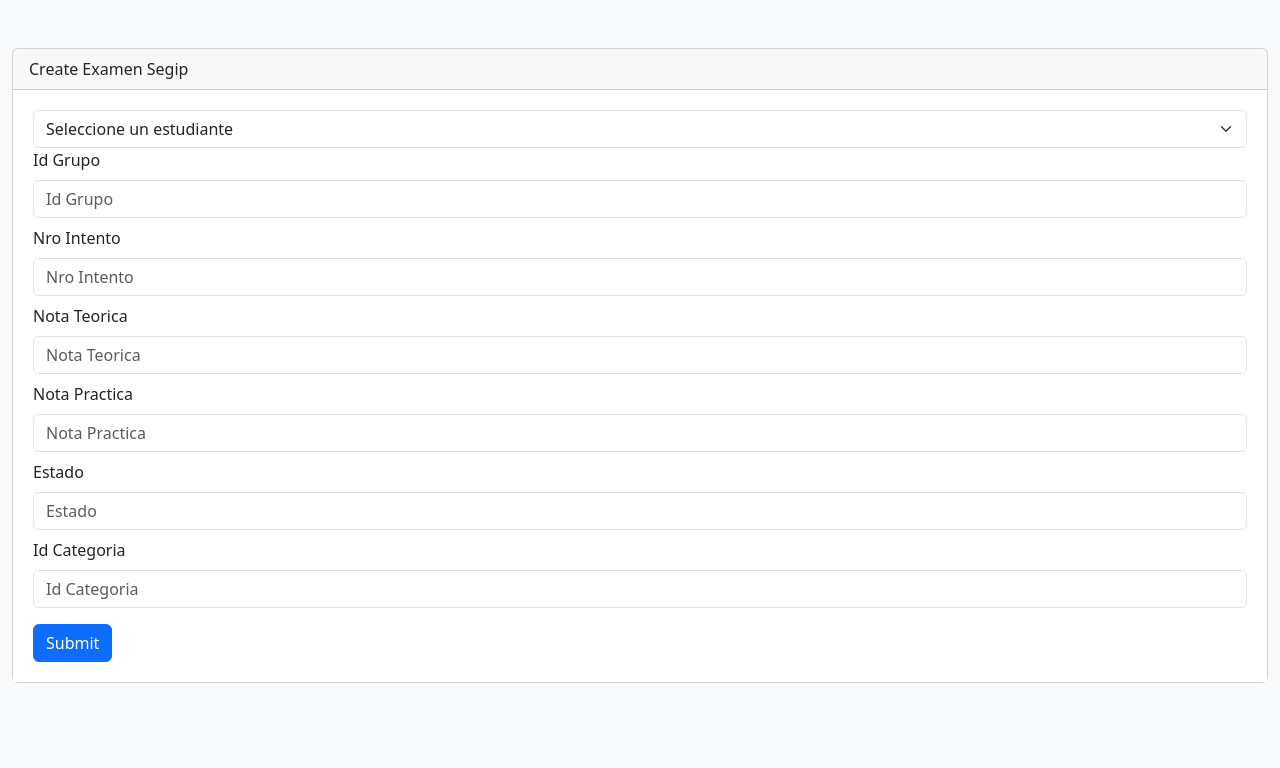
Repository: iAngie28/autoescuela-unido
Page: http://localhost/examen-segips/create
These files come from the project's save history. The page is drawn as it stood at one moment and after a run of saves; the edit follows.
The browser window is 1280 px wide. The pictures show the whole page.
The page is served by the project's Laravel application, run on PHP 8.4 with Laravel 12. Other server files are loaded and not shown. Queries for data that is not in the repository find no rows.

Above is the page before, as saved 2025-05-07 04:16:34.

### app/Listeners/LogSuccessfulLogout.php
<?php

namespace App\Listeners;

use App\Models\Bitacora;
use Illuminate\Auth\Events\Logout;
use Illuminate\Contracts\Queue\ShouldQueue;
use Illuminate\Queue\InteractsWithQueue;

class LogSuccessfulLogout
{
    public function handle(Logout $event)
    {

        $lastEntry = Bitacora::where('id_user', $event->user->id)
        ->whereNull('fecha_salida')
        ->latest()
        ->first();

        if ($lastEntry) {
        $lastEntry->update([
            'fecha_salida' => now(),
            'accion' => $lastEntry->actions . "\nCierre de sesión"
        ]);
    }
    }
}

### app/Listeners/LogSuccessfulLogin.php
<?php

namespace App\Listeners;

use App\Models\Bitacora;
use Illuminate\Auth\Events\Login;
use Illuminate\Support\Facades\Log;
use Illuminate\Contracts\Queue\ShouldQueue;
use Illuminate\Queue\InteractsWithQueue;

class LogSuccessfulLogin
{
    public function handle(Login $event)
    {
        Log::info('Listener de Login ejecutado');
        Bitacora::create([
            'id_user' => $event->user->id,
            'direccion_ip' => request()->ip(),
            'fecha_entrada' => now(),
            'accion' => 'inicio de sesion'
        ]);
    }
}

### routes/web.php
<?php

use Illuminate\Support\Facades\Route;
use App\Http\Controllers\AdministradorController;
use App\Http\Controllers\EstudianteController;
use App\Http\Controllers\ExamenCategoriaAspiraController;
use App\Http\Controllers\ExamenSegipController;
use App\Http\Controllers\GrupoExamanController;
use App\Http\Controllers\InstructorController;
use App\Http\Controllers\NotificacioneController;
use App\Http\Controllers\PagoController;
use App\Http\Controllers\PaqueteController;
use App\Http\Controllers\RolController;
use App\Http\Controllers\TipoVehiculoController;
use App\Http\Controllers\UserController;
use App\Http\Controllers\UsuarioController;
use App\Http\Controllers\VehiculoController;

Route::view('/', 'welcome');

Route::view('dashboard', 'dashboard')
    ->middleware(['auth', 'verified'])
    ->name('dashboard');

Route::view('profile', 'profile')
    ->middleware(['auth'])
    ->name('profile');

require __DIR__.'/auth.php';
//angie
Route::resource('rols', \App\Http\Controllers\RolController::class); // Sin middleware
Route::resource('notificaciones', NotificacioneController::class);
Route::resource('users', UserController::class);
Route::resource('administradors', AdministradorController::class);
Route::resource('estudiantes', EstudianteController::class);
Route::resource('instructors', InstructorController::class);
Route::resource('pagos', PagoController::class);
Route::resource('tipo-vehiculos', TipoVehiculoController::class);
Route::resource('vehiculos', VehiculoController::class);
Route::resource('examen-categoria-aspiras', ExamenCategoriaAspiraController::class);
Route::resource('paquetes', PaqueteController::class);
Route::resource('grupo-examen', GrupoExamanController::class);
Route::resource('examen-segips', ExamenSegipController::class);

### app/Http/Controllers/ExamenSegipController.php
<?php

namespace App\Http\Controllers;

use App\Models\ExamenSegip;
use Illuminate\Http\RedirectResponse;
use Illuminate\Http\Request;
use App\Http\Requests\ExamenSegipRequest;
use App\Models\ExamenCategoriaAspira;
use App\Models\GrupoExaman;
use Illuminate\Support\Facades\Redirect;
use App\Models\User;
use Illuminate\View\View;

class ExamenSegipController extends Controller
{
    /**
     * Display a listing of the resource.
     */
    public function index(Request $request): View
    {
        $examenSegips = ExamenSegip::paginate();
        return view('examen-segip.index', compact('examenSegips'))
            ->with('i', ($request->input('page', 1) - 1) * $examenSegips->perPage());
    }

    /**
     * Show the form for creating a new resource.
     */
    public function create(): View
    {
        $examenSegip = new ExamenSegip();
        $usuariosEstudiantes = User::where('id_rol', 2)->get();
        $grupos = GrupoExaman::all();
        $categorias = ExamenCategoriaAspira::all();
        return view('examen-segip.create', compact('examenSegip', 'usuariosEstudiantes', 'grupos', 'categorias'));
    }

    /**
     * Store a newly created resource in storage.
     */
    public function store(ExamenSegipRequest $request): RedirectResponse
    {
        ExamenSegip::create($request->validated());

        return Redirect::route('examen-segips.index')
            ->with('success', 'ExamenSegip created successfully.');
    }

    /**
     * Display the specified resource.
     */
    public function show($id): View
    {
        $examenSegip = ExamenSegip::find($id);

        return view('examen-segip.show', compact('examenSegip'));
    }

    /**
     * Show the form for editing the specified resource.
     */
    public function edit($id): View
    {
        $examenSegip = ExamenSegip::find($id);
        $usuariosEstudiantes = User::where('id_rol', 2)->get();
        $grupos = GrupoExaman::all();
        $categorias = ExamenCategoriaAspira::all();
        return view('examen-segip.edit', compact('examenSegip', 'usuariosEstudiantes', 'grupos', 'categorias'));
    }

    /**
     * Update the specified resource in storage.
     */
    public function update(ExamenSegipRequest $request, ExamenSegip $examenSegip): RedirectResponse
    {
        $examenSegip->update($request->validated());

        return Redirect::route('examen-segips.index')
            ->with('success', 'ExamenSegip updated successfully');
    }

    public function destroy($id): RedirectResponse
    {
        ExamenSegip::find($id)->delete();

        return Redirect::route('examen-segips.index')
            ->with('success', 'ExamenSegip deleted successfully');
    }
}

### app/Models/ExamenSegip.php
<?php

namespace App\Models;

use Illuminate\Database\Eloquent\Model;

/**
 * Class ExamenSegip
 *
 * @property $id_est
 * @property $id_grupo
 * @property $nro_intento
 * @property $nota_Teorica
 * @property $nota_Practica
 * @property $estado
 * @property $id_categoria
 * @property $created_at
 * @property $updated_at
 *
 * @property ExamenCategoriaAspira $examenCategoriaAspira
 * @property Estudiante $estudiante
 * @property GrupoExaman $grupoExaman
 * @package App
 * @mixin \Illuminate\Database\Eloquent\Builder
 */
class ExamenSegip extends Model
{

    protected $perPage = 20;

    /**
     * The attributes that are mass assignable.
     *
     * @var array<int, string>
     */
    protected $table = 'examen_segip';
    protected $fillable = ['id_est', 'id_grupo', 'nro_intento', 'nota_Teorica', 'nota_Practica', 'estado', 'id_categoria'];


    /**
     * @return \Illuminate\Database\Eloquent\Relations\BelongsTo
     */
    public function examenCategoriaAspira()
    {
        return $this->belongsTo(\App\Models\ExamenCategoriaAspira::class, 'id_categoria', 'id');
    }

    /**
     * @return \Illuminate\Database\Eloquent\Relations\BelongsTo
     */
    public function estudiante()
    {
        return $this->belongsTo(\App\Models\Estudiante::class, 'id_est', 'id');
    }

    /**
     * @return \Illuminate\Database\Eloquent\Relations\BelongsTo
     */
    public function grupoExaman()
    {
        return $this->belongsTo(\App\Models\GrupoExaman::class, 'id_grupo', 'id');
    }

}

### app/Models/User.php
<?php

namespace App\Models;

// use Illuminate\Contracts\Auth\MustVerifyEmail;
use Illuminate\Database\Eloquent\Factories\HasFactory;
use Illuminate\Foundation\Auth\User as Authenticatable;
use Illuminate\Notifications\Notifiable;

class User extends Authenticatable
{
    /** @use HasFactory<\Database\Factories\UserFactory> */
    use HasFactory, Notifiable;

    /**
     * The attributes that are mass assignable.
     *
     * @var list<string>
     */
    protected $fillable = [
        'name',
        'username',
        'email',
        'password',
        'sexo',
        'telefono',
        'direccion',
        'fecha_registro',
        'ci',
        'password',
        'tipo_usuario',
        'id_rol',
    ];

    /**
     * The attributes that should be hidden for serialization.
     *
     * @var list<string>
     */
    protected $hidden = [
        'password',
        'remember_token',
    ];

    /**
     * Get the attributes that should be cast.
     *
     * @return array<string, string>
     */
    protected function casts(): array
    {
        return [
            'email_verified_at' => 'datetime',
            'password' => 'hashed',
        ];
    }
    public function rol()
    {
        return $this->belongsTo(\App\Models\Rol::class, 'id_rol', 'id');
    }

    /**
     * @return \Illuminate\Database\Eloquent\Relations\HasOne
     */
    public function administrador()
    {
        return $this->hasOne(\App\Models\Administrador::class, 'id');
    }

    /**
     * @return \Illuminate\Database\Eloquent\Relations\HasOne
     */
    public function estudiante()
    {
        return $this->hasOne(\App\Models\Estudiante::class, 'id');
    }

    /**
     * @return \Illuminate\Database\Eloquent\Relations\HasOne
     */
    public function instructor()
    {
        return $this->hasOne(\App\Models\Instructor::class, 'id');
    }

    /**
     * @return \Illuminate\Database\Eloquent\Relations\HasMany
     */
    public function notiEnviadas()
    {
        return $this->hasMany(\App\Models\NotiEnviada::class, 'id', 'id_user');
    }

    /**
     * @return \Illuminate\Database\Eloquent\Relations\HasMany
     */
    public function pagosAdministrador()
    {
        return $this->hasMany(\App\Models\Pago::class, 'id', 'id');
    }

    /**
     * @return \Illuminate\Database\Eloquent\Relations\HasMany
     */
    public function pagosEstudiante()
    {
        return $this->hasMany(\App\Models\Pago::class, 'id', 'id_est');
    }
    protected static function booted()
    {
        // Crear perfil con valores por defecto al crear usuario
        static::created(function ($usuario) {
            if ($usuario->id_rol  == 1){
                $usuario->administrador()->create([
                    'id' => $usuario->id,
                    'turno' => 'mañana'
                ]);
            }
            if ($usuario->id_rol  == 2){
                $usuario->estudiante()->create([
                    'id' => $usuario->id,
                    'fecha_nacimiento' => now()
                ]);
            }
            if ($usuario->id_rol  == 3){
                $usuario->instructor()->create([
                    'id' => $usuario->id,
                    'categ_licencia' => 'A'
                ]);
            }
        });

        // Eliminar perfil al borrar usuario (opcional si ya tienes onDelete('cascade'))
        static::deleting(function ($usuario) {
            $usuario->administrador?->delete();
            $usuario->estudiante?->delete();
            $usuario->instructor?->delete();
        });
    }
}

### app/Models/GrupoExaman.php
<?php

namespace App\Models;

use Illuminate\Database\Eloquent\Model;

/**
 * Class GrupoExaman
 *
 * @property $id
 * @property $estado
 * @property $fecha_inicio
 * @property $fecha_fin
 * @property $capacidad
 * @property $fecha_hora
 * @property $created_at
 * @property $updated_at
 *
 * @property ExamenSegip[] $examenSegips
 * @package App
 * @mixin \Illuminate\Database\Eloquent\Builder
 */
class GrupoExaman extends Model
{

    protected $perPage = 20;

    /**
     * The attributes that are mass assignable.
     *
     * @var array<int, string>
     */
    protected $fillable = ['estado', 'fecha_inicio', 'fecha_fin', 'capacidad', 'fecha_hora'];


    /**
     * @return \Illuminate\Database\Eloquent\Relations\HasMany
     */
    public function examenSegips()
    {
        return $this->hasMany(\App\Models\ExamenSegip::class, 'id', 'id_grupo');
    }

}

### app/Models/ExamenCategoriaAspira.php
<?php

namespace App\Models;

use Illuminate\Database\Eloquent\Model;

/**
 * Class ExamenCategoriaAspira
 *
 * @property $id
 * @property $nombre
 * @property $costo
 * @property $nota_min_pract
 * @property $nota_min_teorica
 * @property $created_at
 * @property $updated_at
 *
 * @property ExamenSegip[] $examenSegips
 * @property Inscribe[] $inscribes
 * @package App
 * @mixin \Illuminate\Database\Eloquent\Builder
 */
class ExamenCategoriaAspira extends Model
{

    protected $perPage = 20;

    /**
     * The attributes that are mass assignable.
     *
     * @var array<int, string>
     */
    protected $table = 'examen_categoria_aspira';
    protected $fillable = ['nombre', 'costo', 'nota_min_pract', 'nota_min_teorica'];


    /**
     * @return \Illuminate\Database\Eloquent\Relations\HasMany
     */
    public function examenSegips()
    {
        return $this->hasMany(\App\Models\ExamenSegip::class, 'id', 'id_categoria');
    }

    /**
     * @return \Illuminate\Database\Eloquent\Relations\HasMany
     */
    public function inscribes()
    {
        return $this->hasMany(\App\Models\Inscribe::class, 'id', 'id_categoria');
    }

}

### resources/views/examen-segip/create.blade.php
@extends('layouts.guest-bootstrap')
    @section('content')
    <div class="container-fluid mt-5">
        <div class="row">
            <div class="col-md-12">

                <div class="card card-default">
                    <div class="card-header">
                        <span class="card-title">{{ __('Create') }} Examen Segip</span>
                    </div>
                    <div class="card-body bg-white">
                        <form method="POST" action="{{ route('examen-segips.store') }}"  role="form" enctype="multipart/form-data">
                            @csrf

                            @include('examen-segip.form')

                        </form>
                    </div>
                </div>
            </div>
        </div>
    </section>
@endsection

### resources/views/examen-segip/form.blade.php
<div class="row padding-1 p-1">
    <div class="col-md-12">

        <select name="id_est" id="id_est" class="form-select @error('id_est') is-invalid @enderror">
            <option value="">Seleccione un estudiante</option>
            @foreach ($usuariosEstudiantes as $usuario)
                <option value="{{ $usuario->estudiante->id }}" {{ old('id_est', $pago->id_est ?? '') == $usuario->estudiante->id ? 'selected' : '' }}>
                    {{ $usuario->name }}
                </option>
            @endforeach
        </select>
        <div class="form-group mb-2 mb20">
            <label for="id_grupo" class="form-label">{{ __('Id Grupo') }}</label>
            <input type="text" name="id_grupo" class="form-control @error('id_grupo') is-invalid @enderror" value="{{ old('id_grupo', $examenSegip?->id_grupo) }}" id="id_grupo" placeholder="Id Grupo">
            {!! $errors->first('id_grupo', '<div class="invalid-feedback" role="alert"><strong>:message</strong></div>') !!}
        </div>
        <div class="form-group mb-2 mb20">
            <label for="nro_intento" class="form-label">{{ __('Nro Intento') }}</label>
            <input type="text" name="nro_intento" class="form-control @error('nro_intento') is-invalid @enderror" value="{{ old('nro_intento', $examenSegip?->nro_intento) }}" id="nro_intento" placeholder="Nro Intento">
            {!! $errors->first('nro_intento', '<div class="invalid-feedback" role="alert"><strong>:message</strong></div>') !!}
        </div>
        <div class="form-group mb-2 mb20">
            <label for="nota__teorica" class="form-label">{{ __('Nota Teorica') }}</label>
            <input type="text" name="nota_Teorica" class="form-control @error('nota_Teorica') is-invalid @enderror" value="{{ old('nota_Teorica', $examenSegip?->nota_Teorica) }}" id="nota__teorica" placeholder="Nota Teorica">
            {!! $errors->first('nota_Teorica', '<div class="invalid-feedback" role="alert"><strong>:message</strong></div>') !!}
        </div>
        <div class="form-group mb-2 mb20">
            <label for="nota__practica" class="form-label">{{ __('Nota Practica') }}</label>
            <input type="text" name="nota_Practica" class="form-control @error('nota_Practica') is-invalid @enderror" value="{{ old('nota_Practica', $examenSegip?->nota_Practica) }}" id="nota__practica" placeholder="Nota Practica">
            {!! $errors->first('nota_Practica', '<div class="invalid-feedback" role="alert"><strong>:message</strong></div>') !!}
        </div>
        <div class="form-group mb-2 mb20">
            <label for="estado" class="form-label">{{ __('Estado') }}</label>
            <input type="text" name="estado" class="form-control @error('estado') is-invalid @enderror" value="{{ old('estado', $examenSegip?->estado) }}" id="estado" placeholder="Estado">
            {!! $errors->first('estado', '<div class="invalid-feedback" role="alert"><strong>:message</strong></div>') !!}
        </div>
        <div class="form-group mb-2 mb20">
            <label for="id_categoria" class="form-label">{{ __('Id Categoria') }}</label>
            <input type="text" name="id_categoria" class="form-control @error('id_categoria') is-invalid @enderror" value="{{ old('id_categoria', $examenSegip?->id_categoria) }}" id="id_categoria" placeholder="Id Categoria">
            {!! $errors->first('id_categoria', '<div class="invalid-feedback" role="alert"><strong>:message</strong></div>') !!}
        </div>

    </div>
    <div class="col-md-12 mt20 mt-2">
        <button type="submit" class="btn btn-primary">{{ __('Submit') }}</button>
    </div>
</div>

### resources/views/layouts/guest-bootstrap.blade.php
<!DOCTYPE html>
<html lang="{{ str_replace('_', '-', app()->getLocale()) }}">
<head>
  <meta charset="utf-8">
  <meta name="viewport" content="width=device-width, initial-scale=1">
  <meta name="csrf-token" content="{{ csrf_token() }}">

  <title>{{ config('app.name', 'Laravel') }}</title>

  {{-- Bootstrap CSS --}}
  <link href="https://cdn.jsdelivr.net/npm/bootstrap@5.3.0/dist/css/bootstrap.min.css" rel="stylesheet">
  {{-- Opcional: Font‑Awesome --}}
  <link href="https://cdnjs.cloudflare.com/ajax/libs/font-awesome/6.4.0/css/all.min.css" rel="stylesheet">
</head>
<body class="bg-light">

  {{-- Aquí se inyecta todo el contenido de la vista hija --}}
  <div class="min-vh-100">
    @yield('content')
  </div>

  {{-- Bootstrap JS --}}
  <script src="https://cdn.jsdelivr.net/npm/bootstrap@5.3.0/dist/js/bootstrap.bundle.min.js"></script>
</body>
</html>

Loaded but not shown: routes/auth.php (common file); app/Http/Controllers/Auth/VerifyEmailController.php (common file); app/Http/Controllers/Controller.php (common file)

After the next 2 saves:
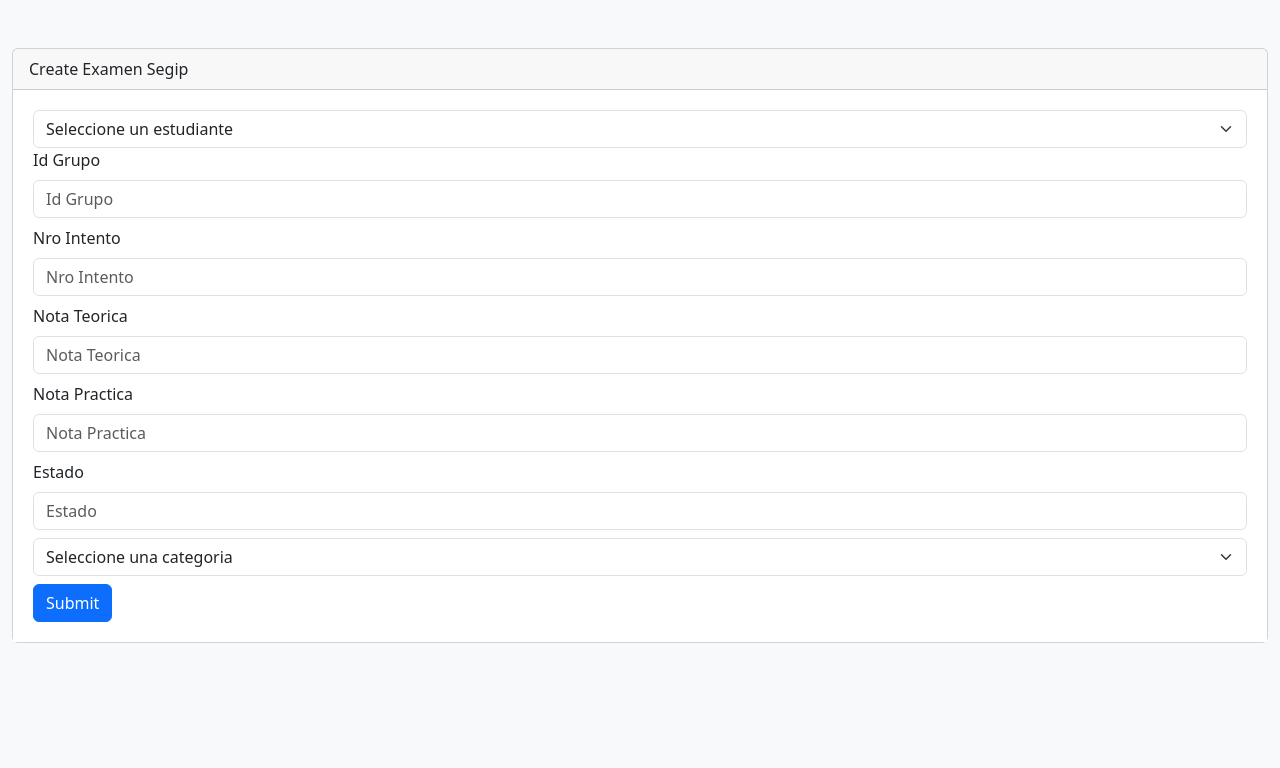
The 2 saves are shown as one change because 1 did not build or start.
The last was saved 2 min 38 s later.
--- a/resources/views/examen-segip/form.blade.php
+++ b/resources/views/examen-segip/form.blade.php
@@ -34,11 +34,14 @@
             <input type="text" name="estado" class="form-control @error('estado') is-invalid @enderror" value="{{ old('estado', $examenSegip?->estado) }}" id="estado" placeholder="Estado">
             {!! $errors->first('estado', '<div class="invalid-feedback" role="alert"><strong>:message</strong></div>') !!}
         </div>
-        <div class="form-group mb-2 mb20">
-            <label for="id_categoria" class="form-label">{{ __('Id Categoria') }}</label>
-            <input type="text" name="id_categoria" class="form-control @error('id_categoria') is-invalid @enderror" value="{{ old('id_categoria', $examenSegip?->id_categoria) }}" id="id_categoria" placeholder="Id Categoria">
-            {!! $errors->first('id_categoria', '<div class="invalid-feedback" role="alert"><strong>:message</strong></div>') !!}
-        </div>
+        <select name="id_categoria" id="id_categoria" class="form-select @error('id_categoria') is-invalid @enderror">
+            <option value="">Seleccione una categoria</option>
+            @foreach ($categorias as $categorias)
+                <option value="{{ $categorias->id }}" {{ old('id_categoria') == $categorias->id ? 'selected' : '' }}>
+                    {{ $categorias->nombre }}
+                </option>
+            @endforeach
+        </select>
 
     </div>
     <div class="col-md-12 mt20 mt-2">
